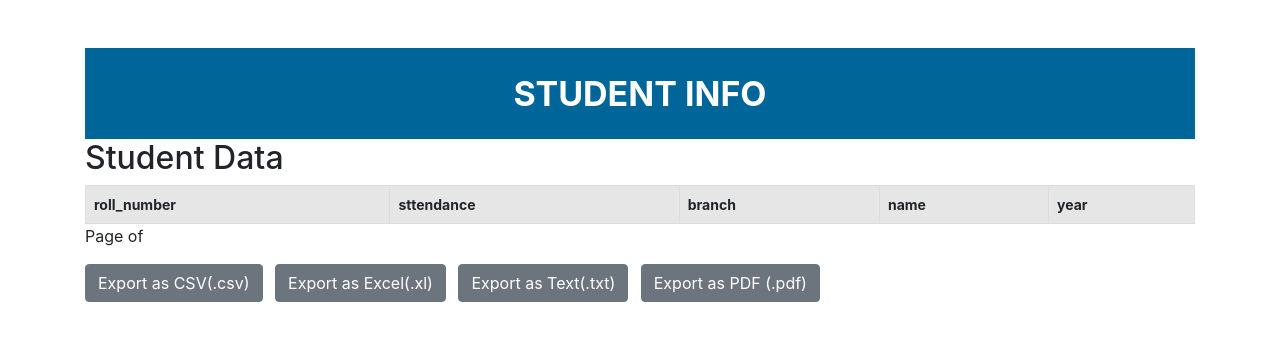
Repository: supranshu/CrystalReportGenerator
Page: http://localhost/produce_report
An editor plug-in stored every save of this project. The page is shown before and after the next save, followed by the edit.
The browser window is 1280 px wide. The pictures show the whole page.
The page is this project's Thymeleaf template; nobody is signed in. The template is opened directly, without the code that normally fills it, so the values that code supplies are empty.

Above is the page before, as saved 2023-08-03 17:29:55.

After the next save:
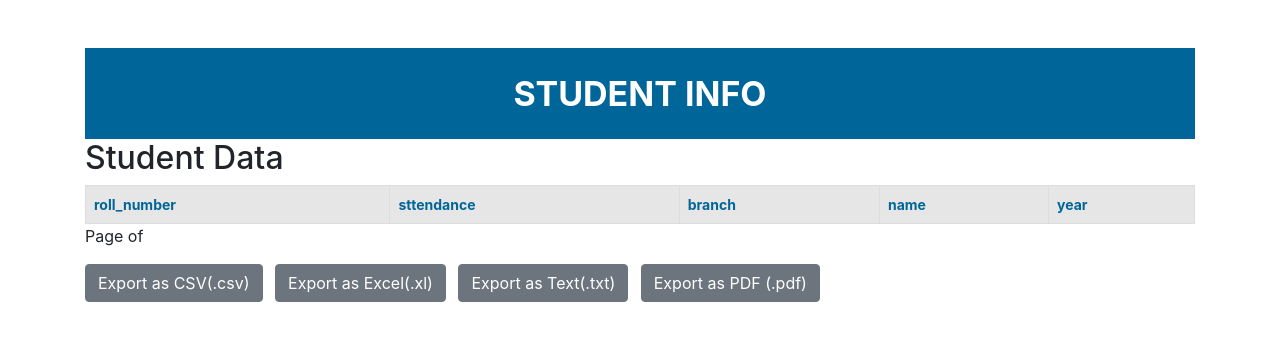
Saved 2 min 15 s later.
--- a/com.report/src/main/resources/templates/produce_report.html
+++ b/com.report/src/main/resources/templates/produce_report.html
@@ -21,7 +21,7 @@
             font-size: 14px;
             font-weight: bold;
             background-color: #E6E6E6;
-            forecolor: #006699;
+            color: #006699;
         }
         td {
             font-size: 14px;
